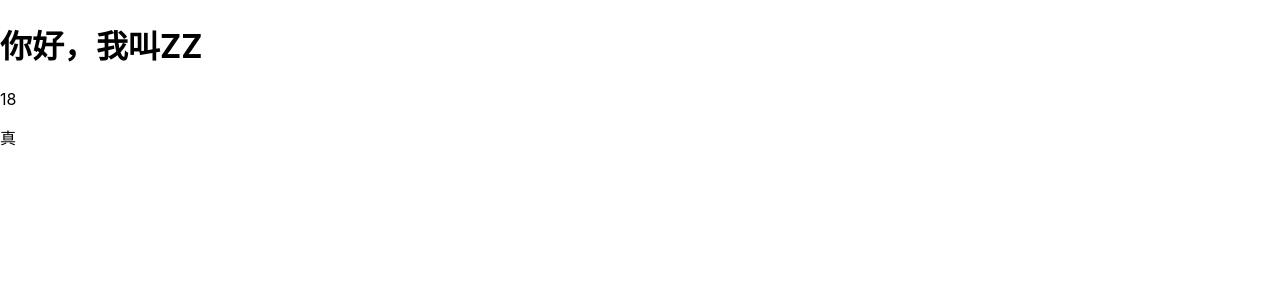
Repository: 11111111-T/React
Page: /
These files come from the project's save history. The page is drawn as it stood at one moment and after the next save; the edit follows.
The browser window is 1280 px wide. The pictures show the whole page.
The project was rebuilt for these pictures with package versions that can differ from the ones it lists, and the page was loaded fresh each time.

Above is the page before, as saved 2022-09-20 15:01:10.

After the next save:
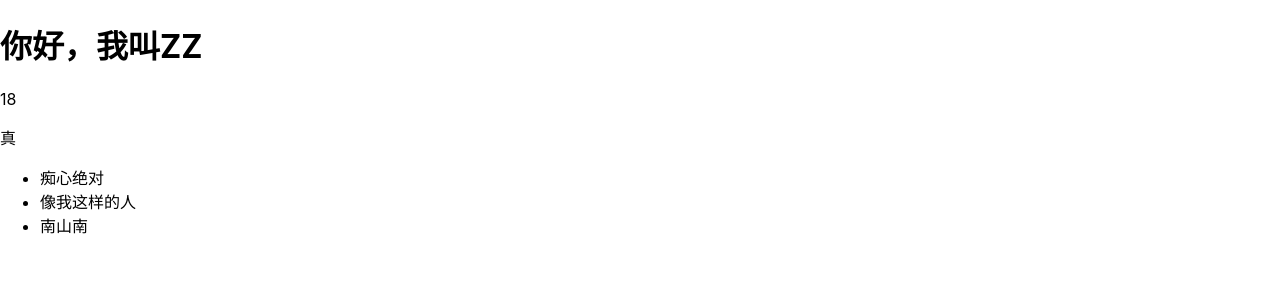
Saved 44 s later.
--- a/src/App.js
+++ b/src/App.js
@@ -1,5 +1,7 @@
 // import logo from './auxiliary/logo.svg';
 // import './auxiliary/App.css';
+import List from './views/list'
+
 // 1:识别常规变量
 const name = "ZZ";
 // 2:原生js方法调用
@@ -15,8 +17,7 @@ function App() {
       <h1>你好，我叫{name}</h1>
       {age()}
     <p>{flag ? "真" : "假"}</p>
-
-
+    <List/>
       {/* <header className="App-header">
         <img src={logo} className="App-logo" alt="logo" />
         <p>
